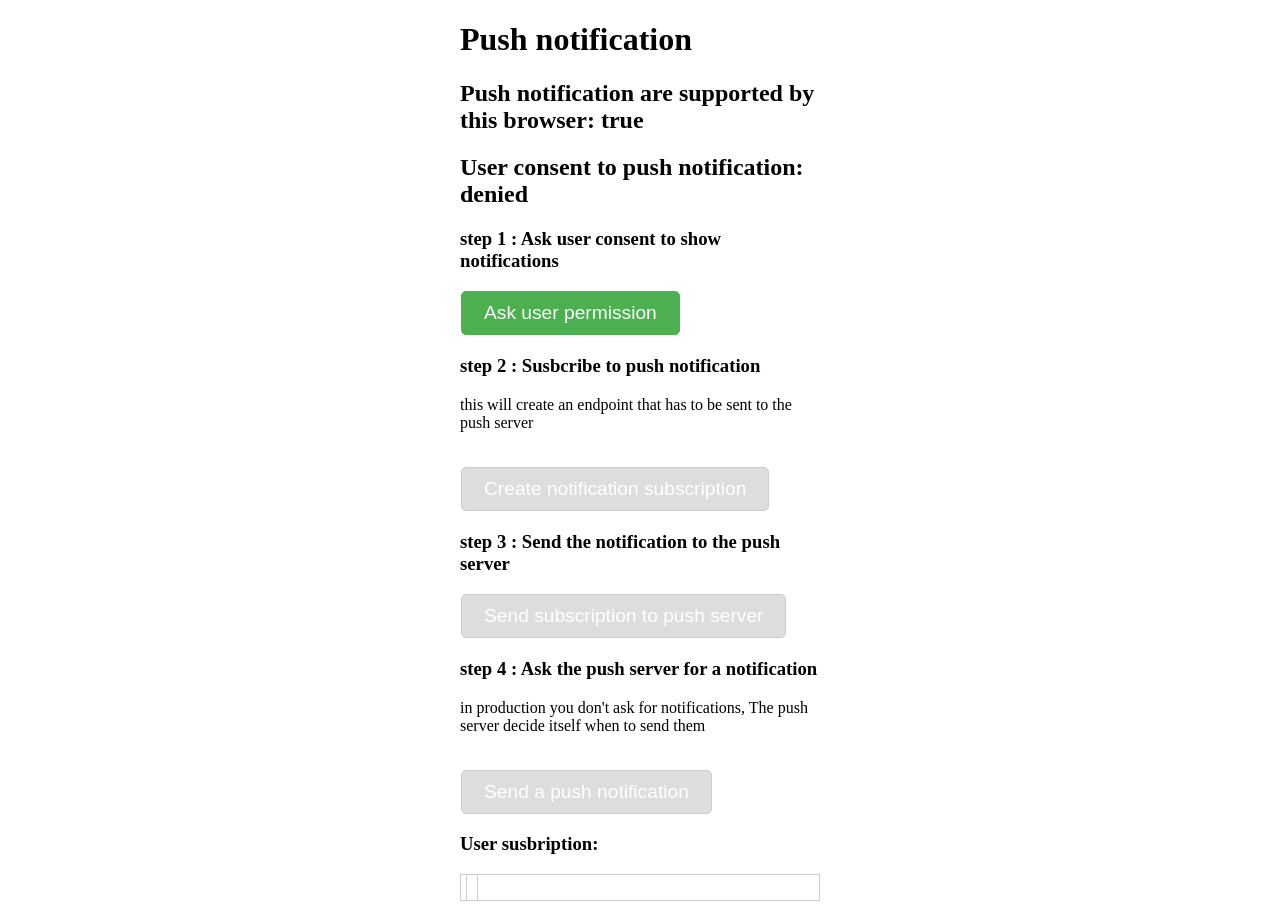
Repository: ss3239891/Push-Notification-demo
Page: / (app in front-end/)
An editor plug-in stored every save of this project. The page is shown before and after the next save, followed by the edit.
The browser window is 1280 px wide. The pictures show the whole page.
The project was rebuilt for these pictures with package versions that can differ from the ones it lists, and the page was loaded fresh each time.

Above is the page before, as saved 2020-11-02 19:30:07.

After the next save:
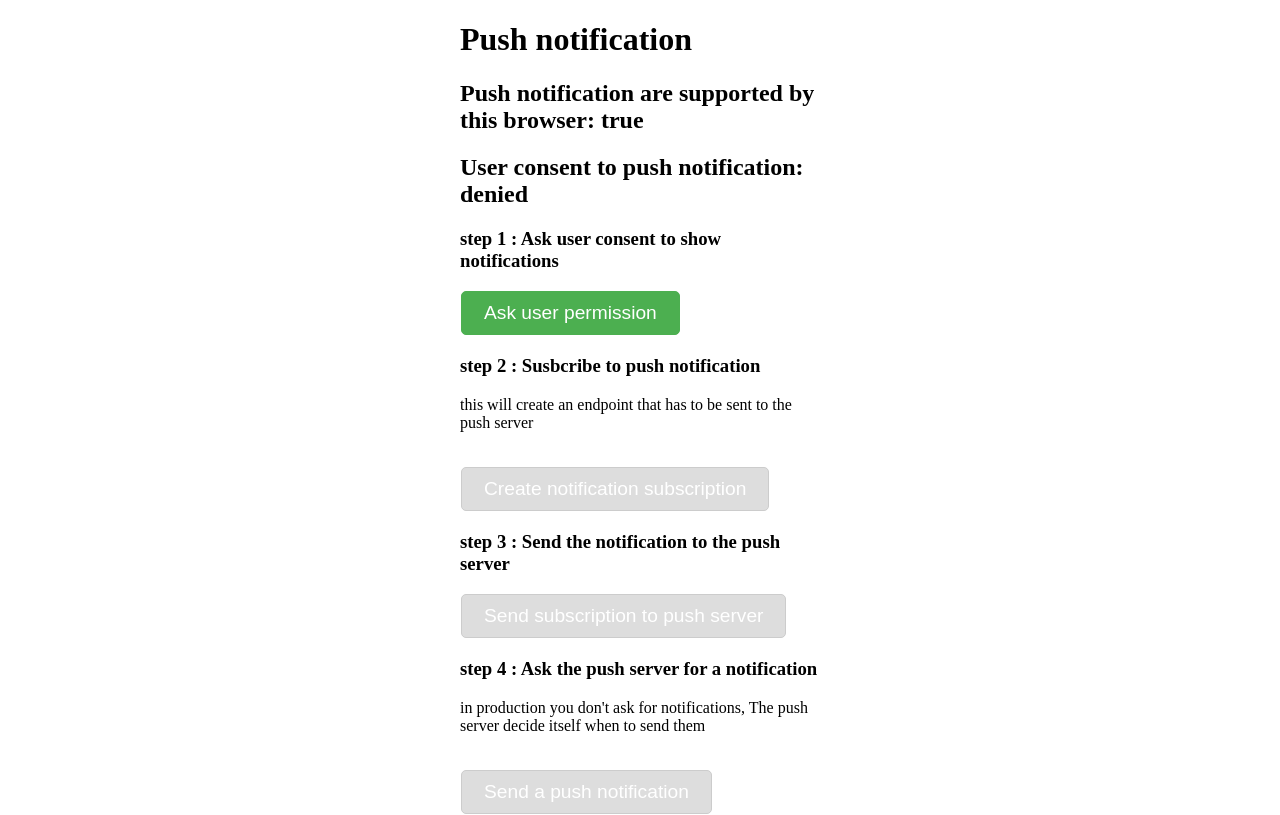
Saved 32 s later.
--- a/front-end/src/index.html
+++ b/front-end/src/index.html
@@ -52,9 +52,9 @@
       <p>in production you don't ask for notifications, The push server decide itself when to send them</p><br>
       <button disabled id="send-push-notification-button">Send a push notification</button>
     </div>
-    <div>
+    <!-- <div>
       <h3>User susbription:</h3>
       <pre id="user-susbription"><code></code></pre>
-    </div>
+    </div> -->
   </body>
 </html>

After the save that followed:
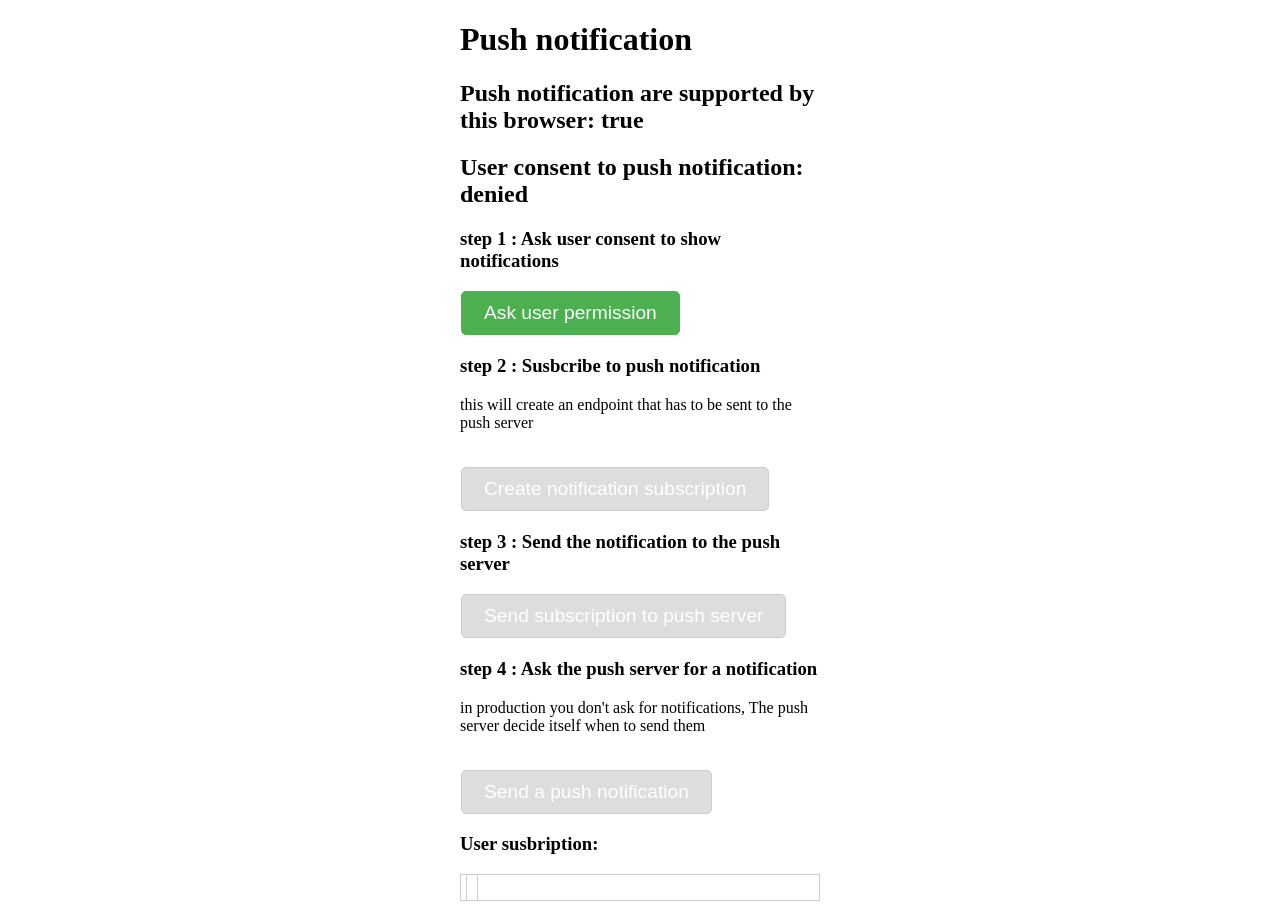
Saved 15 s later.
--- a/front-end/src/index.html
+++ b/front-end/src/index.html
@@ -52,9 +52,9 @@
       <p>in production you don't ask for notifications, The push server decide itself when to send them</p><br>
       <button disabled id="send-push-notification-button">Send a push notification</button>
     </div>
-    <!-- <div>
+    <div>
       <h3>User susbription:</h3>
       <pre id="user-susbription"><code></code></pre>
-    </div> -->
+    </div>
   </body>
 </html>
